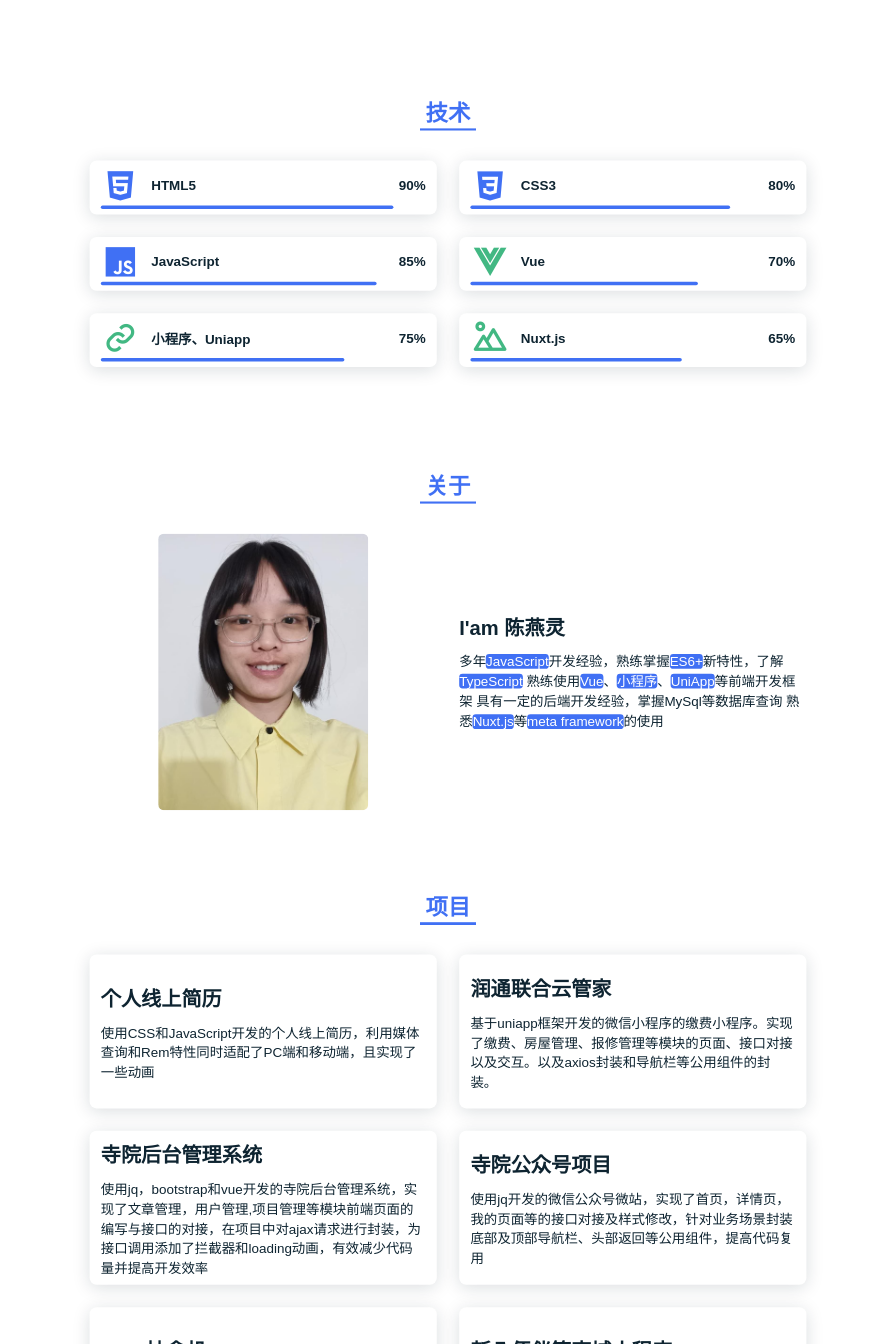
Repository: alinlinbo/yanling-resume-site
Page: index.html
An editor plug-in stored every save of this project. The page is shown before and after the next save, followed by the edit.
The browser window is 1280 px wide. The pictures show the part of the page from y = 649 to 2569 px (the page is 3770 px tall), at 70% of full size.

Above is the page before, as saved 2023-09-18 23:28:07.

After the next save:
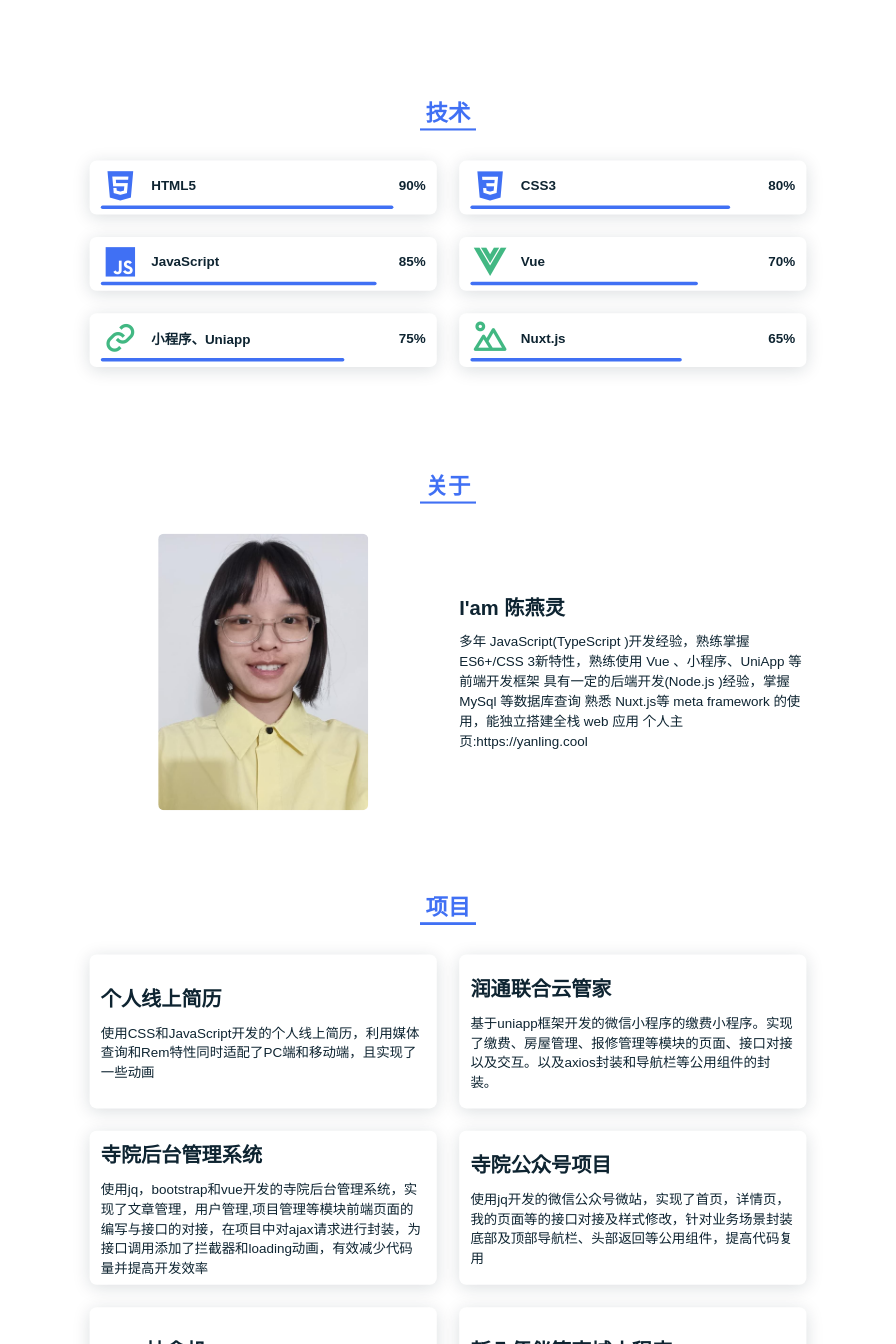
Saved 15 h 39 min later.
--- a/index.html
+++ b/index.html
@@ -68,7 +68,7 @@
                         <use xlink:href="#icon-weixin"></use>
                     </svg>
                 </a>
-                <div class="home__social-icon" >
+                <div class="home__social-icon">
                     <a href="https://github.com/alinlinbo" id="myGit">
                         <svg class="svg-icon-home icon" aria-hidden="true">
                             <use xlink:href="#icon-github-fill"></use>
@@ -79,8 +79,8 @@
                         <a href="https://github.com/alinlinbo">https://github.com/alinlinbo</a>
                     </div>
                 </div>
-                <div  class="home__social-icon">
-                    <a href="#" id="myPhone" >
+                <div class="home__social-icon">
+                    <a href="#" id="myPhone">
                         <svg class="svg-icon-home svg-icon icon" aria-hidden="true">
                             <use xlink:href="#icon-phone"></use>
                         </svg>
@@ -197,10 +197,10 @@
                 <div class="about__sub">
                     <h2 class="about__subtitle">I'am 陈燕灵</h2>
                     <p class="about__text">
-                        多年<span>JavaScript</span>开发经验，熟练掌握<span>ES6+</span>新特性，了解<span>TypeScript</span>
-                        熟练使用<span>Vue</span>、<span>小程序</span>、<span>UniApp</span>等前端开发框架
-                        具有一定的后端开发经验，掌握<soan>MySql</soan>等数据库查询
-                        熟悉<span>Nuxt.js</span>等<span>meta framework</span>的使用</p>
+                        多年 JavaScript(TypeScript )开发经验，熟练掌握 ES6+/CSS 3新特性，熟练使用 Vue 、小程序、UniApp 等前端开发框架
+                        具有一定的后端开发(Node.js )经验，掌握 MySql 等数据库查询
+                        熟悉 Nuxt.js等 meta framework 的使用，能独立搭建全栈 web 应用
+                        个人主页:https://yanling.cool</p>
                 </div>
         </section>
 
